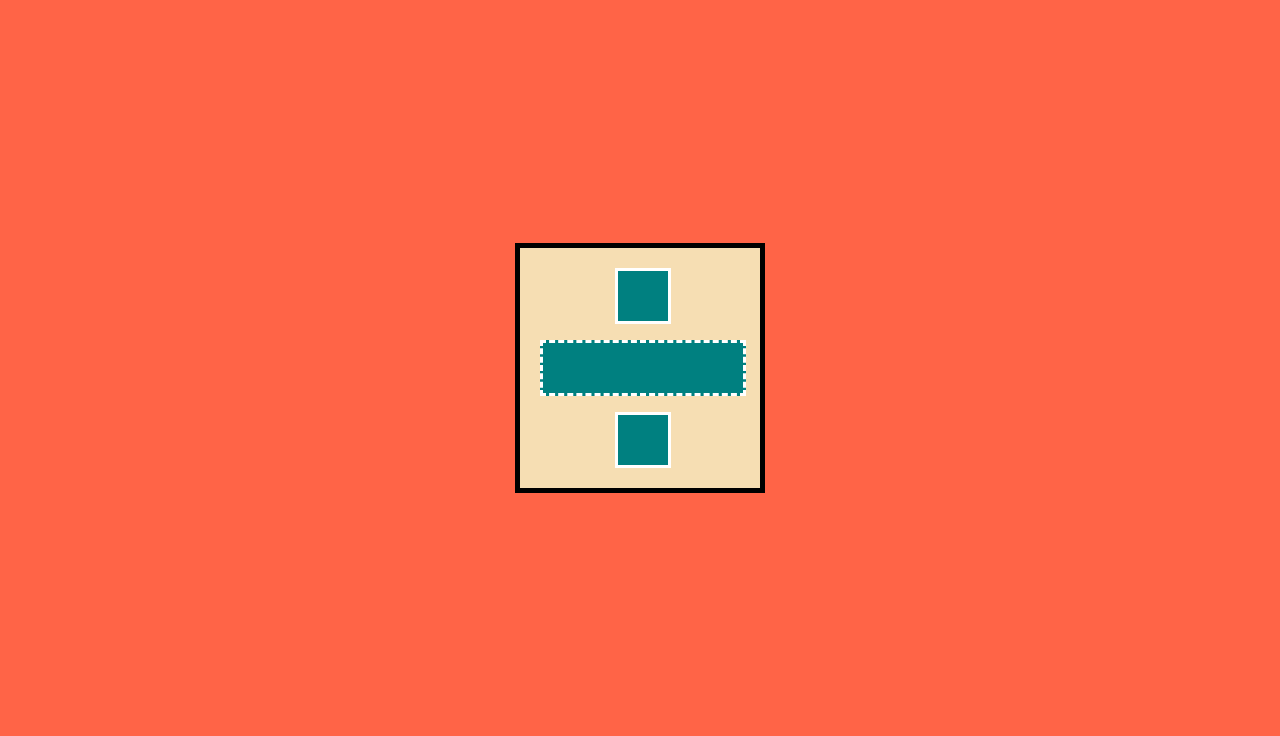
Repository: haleyjung/box-layout_ui
Page: index.html
These files come from the project's save history. The page is drawn as it stood at one moment and after the next save; the edit follows.
The browser window is 1280 px wide. The pictures show the whole page.

Above is the page before, as saved 2020-11-15 16:45:16.

### index.html
<!DOCTYPE html>
<html>
  <head>
    <meta charset="utf-8">
    <meta name="viewport" content="width=device-width">
    <link rel="stylesheet" href="style.css">
    <title>Box Layout Design</title>
  </head>
  <body>
    <div class="box-container">
      <div class="box"></div>
      <div class="box box-mid"></div>
      <div class="box"></div>
    </div>
  </body>
</html>

### style.css
body {
  background-color: #ff6447;
  height: 100vh;
  display: flex;
  justify-content: center;
  align-items: center;
}

.box-container {
  height: 200px;
  width: 200px;
  padding: 20px;
  display: flex;
  flex-direction: column;
  align-items: center;
  justify-content: space-between;
  flex-wrap: wrap;
  background-color: #f6deb3;
  border: 5px solid black;
}

.box {
  height: 50px;
  width: 50px;
  background-color: #008080;
  border: 3px solid white;
}

.box-mid {
  width: 100%;
  border-style: dashed;
}

After the next save:
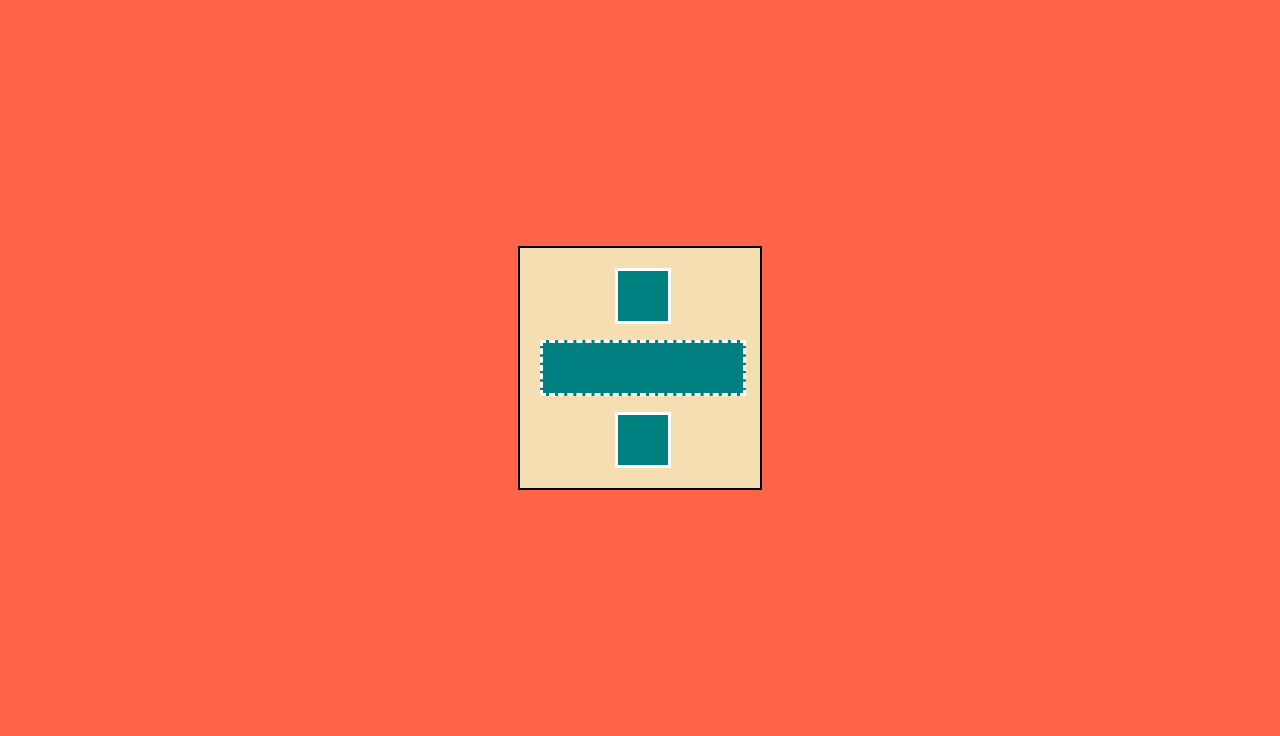
Saved 13 s later.
--- a/style.css
+++ b/style.css
@@ -16,7 +16,7 @@ body {
   justify-content: space-between;
   flex-wrap: wrap;
   background-color: #f6deb3;
-  border: 5px solid black;
+  border: 2px solid black;
 }
 
 .box {
